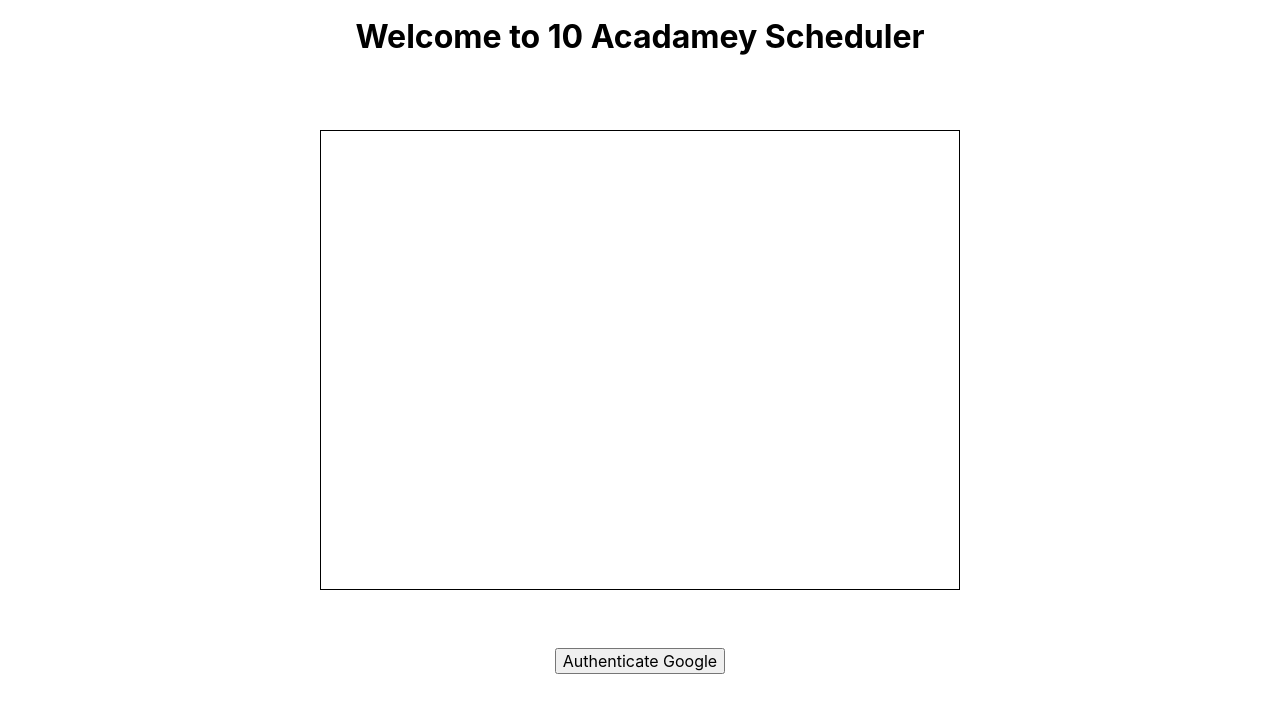
Repository: nebilarega/calendar-extractor
Page: / (app in frontend/)
These files come from the project's save history. The page is drawn as it stood at one moment and after the next save; the edit follows.
The browser window is 1280 px wide. The pictures show the whole page.
The project was rebuilt for these pictures with package versions that can differ from the ones it lists, and the page was loaded fresh each time.

Above is the page before, as saved 2022-08-24 23:23:19.

### frontend/src/App.js
import "./App.css";
import { GoogleOAuthProvider } from "@react-oauth/google";
import { GoogleLogin } from "@react-oauth/google";
import { useState } from "react";
import axios from "axios";

import LandingPage from "./component/LandingPage";

const sampleData = {
  submmary: "Nebil this is a new event",
  description: "A chance to hear more about Google's developer products.",
  location: "800 Howard St., San Francisco, CA 94103",
  start: "August 23, 2022 8:00 AM UTC",
  end: "August 23, 2022 9:00 AM UTC",
  hangoutLink: "meet.google.com/ysb-kjdn-hpp",
};
const App = () => {
  let url;
  const [disabled, setDisabled] = useState(false);
  const responseGoogle = (response) => {
    const code = response;
    axios
      .post("/api/create-tokens", code)
      .then((response) => {
        console.log("response", response.data);
      })
      .catch((error) => {
        console.log(error);
      });
  };
  const responseError = (response) => {
    console.log(response);
  };
  const getUrl = () => {
    axios.get("/api/create-token-v2").then((response) => {
      url = response.data.url;
      if (url) {
        setDisabled(true);
      }
      window.open(url, "_blank");
    });
  };
  const handleClick = () => {
    axios.post("/api/create-events", sampleData).then((response) => {
      console.log("response", response.data);
    });
  };
  return (
    <div className="App">
      <LandingPage
        disabled={disabled}
        getUrl={getUrl}
        handleClick={handleClick}
      ></LandingPage>
    </div>
  );
};

export default App;

### frontend/src/App.css
.App {
  text-align: center;
}

.App-logo {
  height: 40vmin;
  pointer-events: none;
}

@media (prefers-reduced-motion: no-preference) {
  .App-logo {
    animation: App-logo-spin infinite 20s linear;
  }
}

.App-header {
  background-color: #282c34;
  min-height: 100vh;
  display: flex;
  flex-direction: column;
  align-items: center;
  justify-content: center;
  font-size: calc(10px + 2vmin);
  color: white;
}

.App-link {
  color: #61dafb;
}

@keyframes App-logo-spin {
  from {
    transform: rotate(0deg);
  }
  to {
    transform: rotate(360deg);
  }
}
.center {
  display: flex;
  justify-content: center;
  align-items: center;
}
.academy {
  width: 100%;
  height: 50vh;
  border-radius: 10px;
  display: flex;
  flex-direction: column;
  justify-content: space-between;
  align-items: center;
  /* margin-left: 10%; */
  /* margin-right: 10%; */
}
.academy-calendar {
  margin-top: 20%;
  font-size: 30px;
}

### frontend/src/component/LandingPage.js
import "../css/landing.css";

const LandingPage = ({ disabled, handleClick, getUrl }) => {
  return (
    <div className="main">
      <header className="header">
        <span className="title"> Welcome to 10 Acadamey Scheduler</span>
      </header>
      <main className="body">
        <div className="card"></div>
      </main>
      <footer className="footer">
        {!disabled ? (
          <div>
            <button className="google__api" onClick={getUrl}>
              Authenticate Google
            </button>
          </div>
        ) : (
          <div>
            <button className="post__event" onClick={handleClick}>
              Post Event
            </button>
          </div>
        )}
      </footer>
    </div>
  );
};

export default LandingPage;

### frontend/src/css/landing.css
/* Box sizing rules */
*,
*::before,
*::after {
  box-sizing: border-box;
}

/* Remove default margin */
body,
h1,
h2,
h3,
h4,
p,
figure,
blockquote,
dl,
dd {
  margin: 0;
}

/* Remove list styles on ul, ol elements with a list role, which suggests default styling will be removed */
ul[role="list"],
ol[role="list"] {
  list-style: none;
}

/* Set core root defaults */
html:focus-within {
  scroll-behavior: smooth;
}

/* A elements that don't have a class get default styles */
a:not([class]) {
  text-decoration-skip-ink: auto;
}

/* Make images easier to work with */
img,
picture {
  max-width: 100%;
  display: block;
}

/* Inherit fonts for inputs and buttons */
input,
button,
textarea,
select {
  font: inherit;
}

/* The remaining page */
.main {
  width: 100%;
  height: 80vh;
}
.header {
  width: 100%;
  height: 10vh;
  background-image: linear-gradient();
  background-color: "cyan";
  display: flex;
  justify-content: center;
  align-items: center;
}
.title {
  font-size: 2rem;
  font-weight: bold;
  color: "yellow";
}
.body {
  width: 100%;
  height: 100%;
  background-color: "gray";
  display: flex;
  justify-content: center;
  align-items: center;
}
.card {
  width: 50%;
  height: 80%;
  border: 1px solid black;
}

Loaded but not shown: frontend/public/index.html (common file); frontend/src/index.js (common file); frontend/src/index.css (common file)

After the next save:
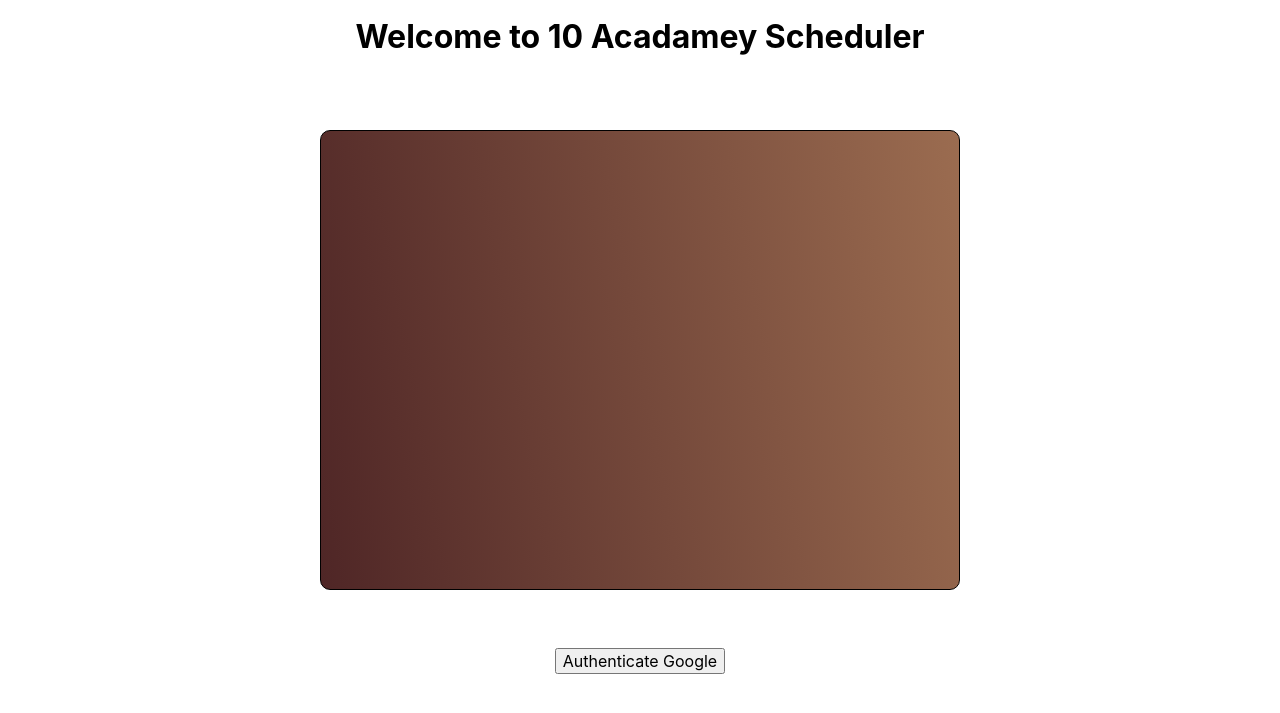
Saved 114 s later.
--- a/frontend/src/css/landing.css
+++ b/frontend/src/css/landing.css
@@ -81,4 +81,10 @@
   width: 50%;
   height: 80%;
   border: 1px solid black;
+  display: flex;
+  border: 1px solid black;
+  border-radius: 10px;
+  justify-content: center;
+  align-items: center;
+  background-image: linear-gradient(260deg, #9b6c50 0%, #4f2626 100%);
 }
